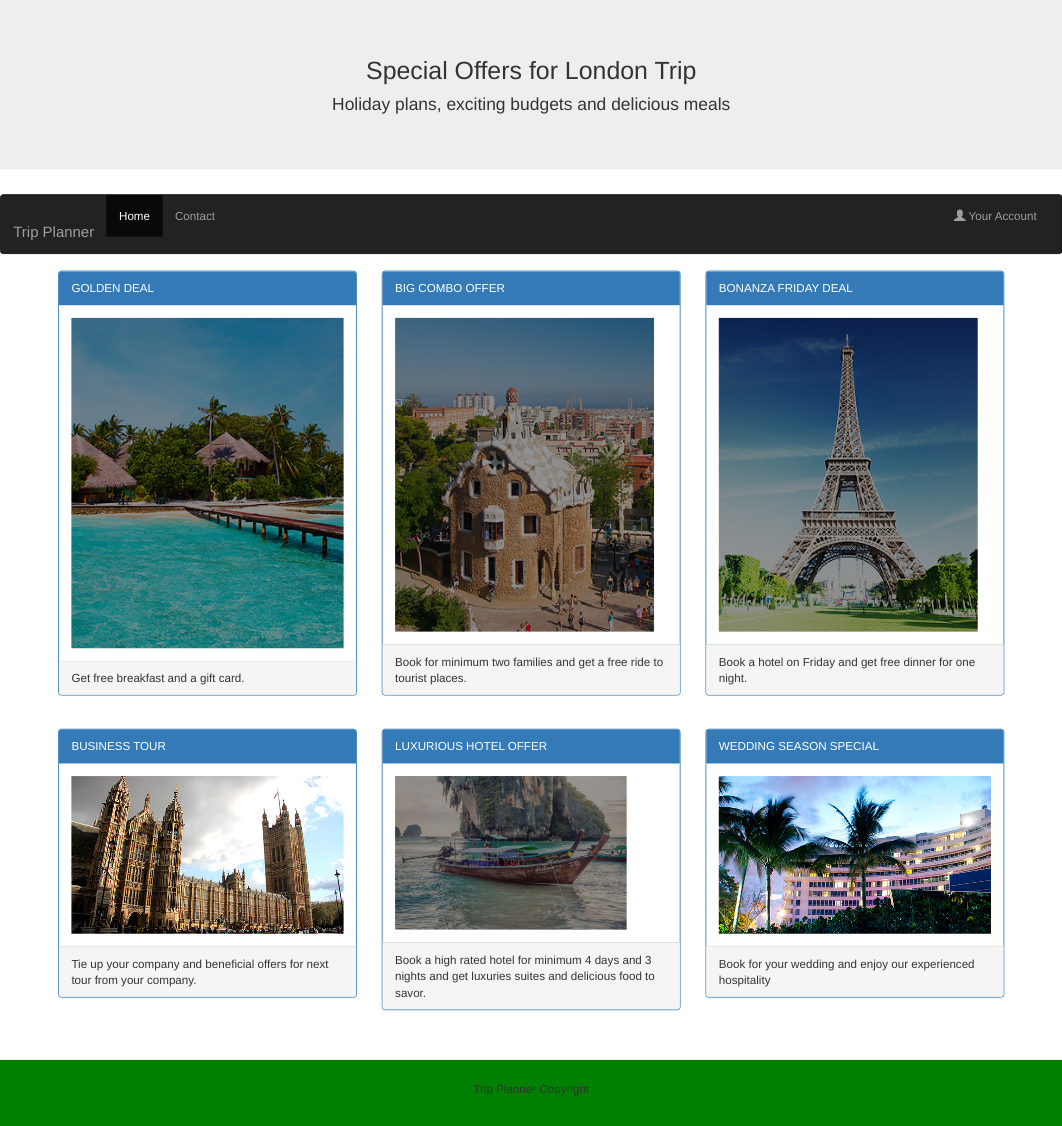
Repository: NanSin21/Mytourism-Website
Page: http://localhost/toursandtravelsmanagement/TripPlaces/CustomerLondon.jsp
These files come from the project's save history. The page is drawn as it stood at one moment and after the next save; the edit follows.
The browser window is 1280 px wide. The pictures show the whole page, at 83% of full size.
The page is served by Tomcat 9. Other server files are loaded and not shown.

Above is the page before, as saved 2018-07-25 06:38:36.

### toursandtravelsmanagement/WebContent/TripPlaces/CustomerLondon.jsp
<%@ page language="java" contentType="text/html; charset=ISO-8859-1"
    pageEncoding="ISO-8859-1"%>
<!DOCTYPE html PUBLIC "-//W3C//DTD HTML 4.01 Transitional//EN" "http://www.w3.org/TR/html4/loose.dtd">
<html>
<head>
<meta http-equiv="Content-Type" content="text/html; charset=ISO-8859-1">
<title>London Trip Package</title>
<!-- <meta charset="utf-8"> -->
  <meta name="viewport" content="width=device-width, initial-scale=1">
  <link rel="stylesheet" href="https://maxcdn.bootstrapcdn.com/bootstrap/3.3.7/css/bootstrap.min.css">
  <script src="https://ajax.googleapis.com/ajax/libs/jquery/3.3.1/jquery.min.js"></script>
  <script src="https://maxcdn.bootstrapcdn.com/bootstrap/3.3.7/js/bootstrap.min.js"></script>
  <style>
  .navbar{
  margin-nottom= 50px;
  border-radius= 0;
  }
  .jumbotron{
   margin-bottom= 0;
   }
   footer{
   background: green;
   padding: 25px;
   }
   </style>
</head>
<body>

<div class="jumbotron">
  <div class="container text-center">
   <h2>Special Offers for London Trip</h2>
     <p>Holiday plans, exciting budgets and delicious meals</p>
  </div>
</div>

<nav class="navbar navbar-inverse">
  <div class="container-fluid">
      <div class="navbar-header">
        <button type="button" class="navbar-toggle" data-toggle="collapse" data-target="#myNavbar">
        <span class="icon-bar"></span>
        <span class="icon-bar"></span>
        <span class="icon-bar"></span>
        </button>
        <h1><a class="navbar-brand" href="CustomerHome.jsp">Trip Planner</a></h1>
      </div>
      <div class="collapse navbar-collapse" id="myNavbar">
      <ul class="nav navbar-nav">
        <li class="active"><a href="TripPlaces/CustomerLondon.jsp">Home</a></li>
       <!--  <li><a href="registration.jsp">Register</a></li>
        <li><a href="login.jsp">Login</a></li> -->
        <li><a href="contact.jsp">Contact</a></li>
      </ul>
      <ul class="nav navbar-nav navbar-right">
        <li><a href="profile.jsp"><span class="glyphicon glyphicon-user"></span> Your Account</a></li>
       <!--  <li><a href="budget.html">Budget Details</a></li> -->
      <!--   <li><a href="#"><span class="glyphicon glyphicon-shopping-cart"></span> Cart</a></li> -->
      </ul>
    </div>
  </div>
</nav>


   <div class="container">
  <div class="row">
    <div class="col-sm-4">
      <div class="panel panel-primary">
        <div class="panel-heading">GOLDEN DEAL</div>
        <div class="panel-body"><img src="images/ban_img2.jpg" class="img-responsive" style="width:100%" alt="Image"></div>
        <div class="panel-footer">Get free breakfast and a gift card.</div>
      </div>
    </div>
    <div class="col-sm-4">
      <div class="panel panel-primary">
        <div class="panel-heading">BIG COMBO OFFER</div>
        <div class="panel-body"><img src="images/ban_img1.jpg" class="img-responsive" style="width:95%" alt="Image"></div>
        <div class="panel-footer">Book for minimum two families and get a free ride to tourist places.</div>
      </div>
    </div>
    <div class="col-sm-4">
      <div class="panel panel-primary">
        <div class="panel-heading">BONANZA FRIDAY DEAL</div>
        <div class="panel-body"><img src="images/ban_img3.jpg" class="img-responsive" style="width:95%" alt="Image"></div>
        <div class="panel-footer">Book a hotel on Friday and get free dinner for one night.</div>
      </div>
    </div>
  </div>
</div><br>

<div class="container">
  <div class="row">
    <div class="col-sm-4">
      <div class="panel panel-primary">
        <div class="panel-heading">BUSINESS TOUR</div>
        <div class="panel-body"><img src="images/londonhelp.jpg" class="img-responsive" style="width:100%" alt="Image"></div>
        <div class="panel-footer">Tie up your company and beneficial offers for next tour from your company.</div>
      </div>
    </div>
    <div class="col-sm-4">
      <div class="panel panel-primary">
        <div class="panel-heading">LUXURIOUS HOTEL OFFER</div>
        <div class="panel-body"><img src="images/2.jpg" class="img-responsive" style="width:85%" alt="Image"></div>
        <div class="panel-footer">Book a high rated hotel for minimum 4 days and 3 nights and get luxuries suites and delicious food to savor.</div>
      </div>
    </div>
    <div class="col-sm-4">
      <div class="panel panel-primary">
        <div class="panel-heading">WEDDING SEASON SPECIAL</div>
        <div class="panel-body"><img src="images/page4_img2.jpg" class="img-responsive" style="width:100%" alt="Image"></div>
        <div class="panel-footer">Book for your wedding and enjoy our experienced hospitality</div>
      </div>
    </div>
  </div>
</div><br><br>

<footer class="container-fluid text-center">
  <p>Trip Planner Copyright</p>
 <!--  <form action="LoginServlet" method="post" class="form-inline">Get deals:
    <input type="email" class="form-control" size="50" name="email" placeholder="Email Address">
     <input type="password" placeholder="Enter Password" name="password" required>
    <button type="submit" class="btn btn-danger">Sign Up</button>
  </form> -->
</footer>
</body>
</html>

After the next save:
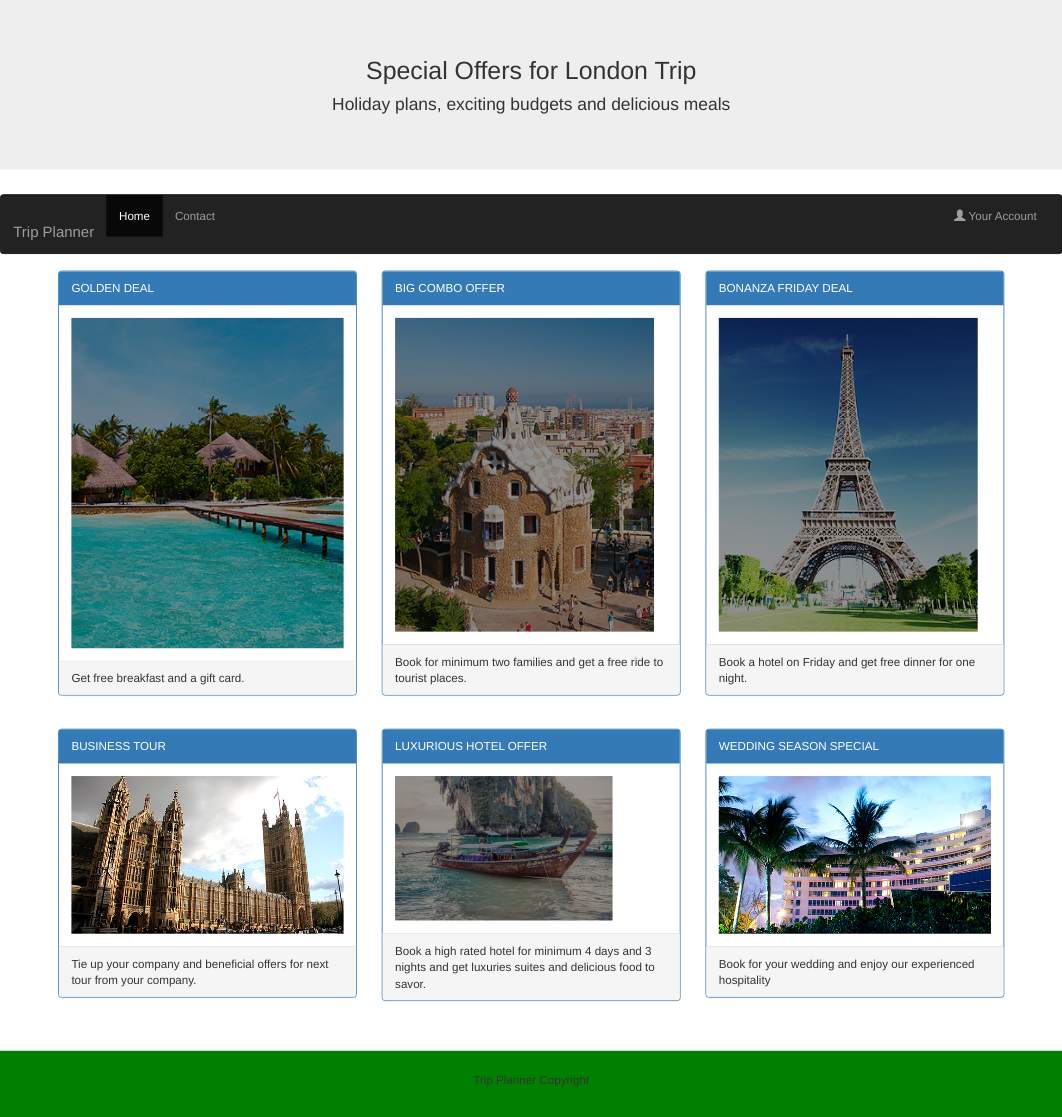
Saved 15 s later.
--- a/toursandtravelsmanagement/WebContent/TripPlaces/CustomerLondon.jsp
+++ b/toursandtravelsmanagement/WebContent/TripPlaces/CustomerLondon.jsp
@@ -98,7 +98,7 @@
     <div class="col-sm-4">
       <div class="panel panel-primary">
         <div class="panel-heading">LUXURIOUS HOTEL OFFER</div>
-        <div class="panel-body"><img src="images/2.jpg" class="img-responsive" style="width:85%" alt="Image"></div>
+        <div class="panel-body"><img src="images/2.jpg" class="img-responsive" style="width:80%" alt="Image"></div>
         <div class="panel-footer">Book a high rated hotel for minimum 4 days and 3 nights and get luxuries suites and delicious food to savor.</div>
       </div>
     </div>
